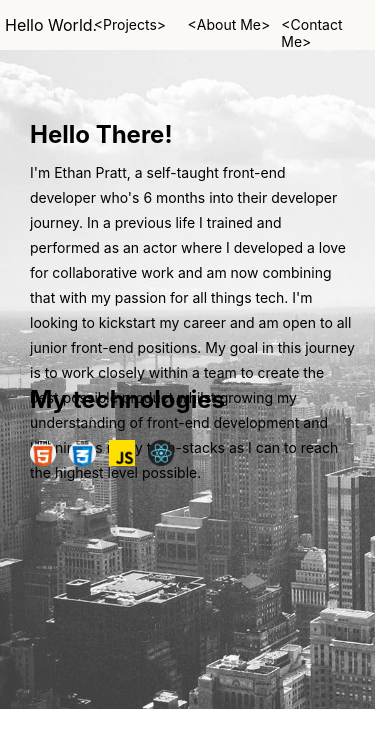
Repository: ghend99/website_ethan_pratt
Page: /about
The author's editor kept a copy of each file at every save. The page is drawn from the files as they stood at one save, then again after a run of saves.
The browser window is 375 px wide. The pictures show the whole page.
The project was rebuilt for these pictures with package versions that can differ from the ones it lists, and the page was loaded fresh each time. Also part of the build but not shown: src/pages/home.js, src/pages/project.js, src/css/contact.css, src/pages/contact.js.

Above is the page before, as saved 2023-05-25 17:24:18.

After the next 2 saves:
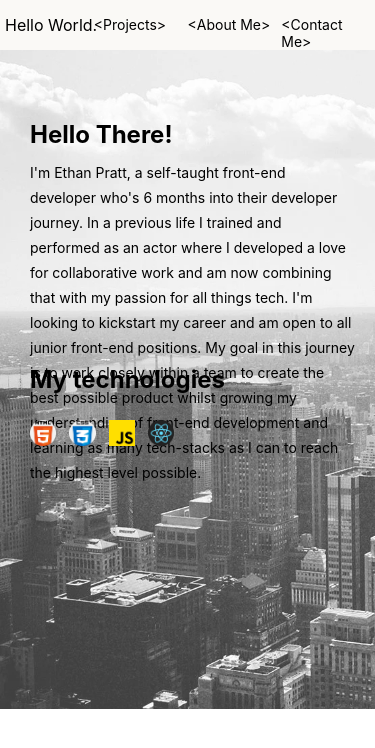
The 2 saves are shown as one change because they came seconds apart.
The last was saved 7 s later.
--- a/src/css/about.css
+++ b/src/css/about.css
@@ -164,7 +164,7 @@
 
 @media screen and (min-width: 0) and (max-width: 576px) {
   #technology-container {
-    top: 60px;
+    top: 40px;
   }
 }
 

After the save that followed:
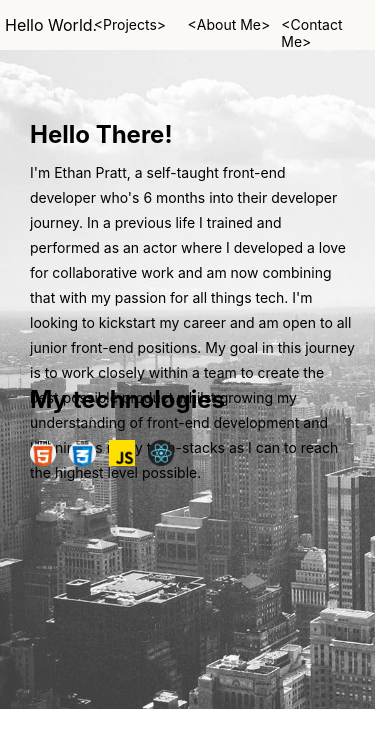
Saved 29 s later.
--- a/src/css/about.css
+++ b/src/css/about.css
@@ -168,6 +168,12 @@
   }
 }
 
+@media screen and (min-width: 0) and (max-width: 511px) {
+  #technology-container {
+    top: 60px;
+  }
+}
+
 @media screen and (min-width: 0) and (max-width: 320px) {
   .about-header {
     left: 10px;
